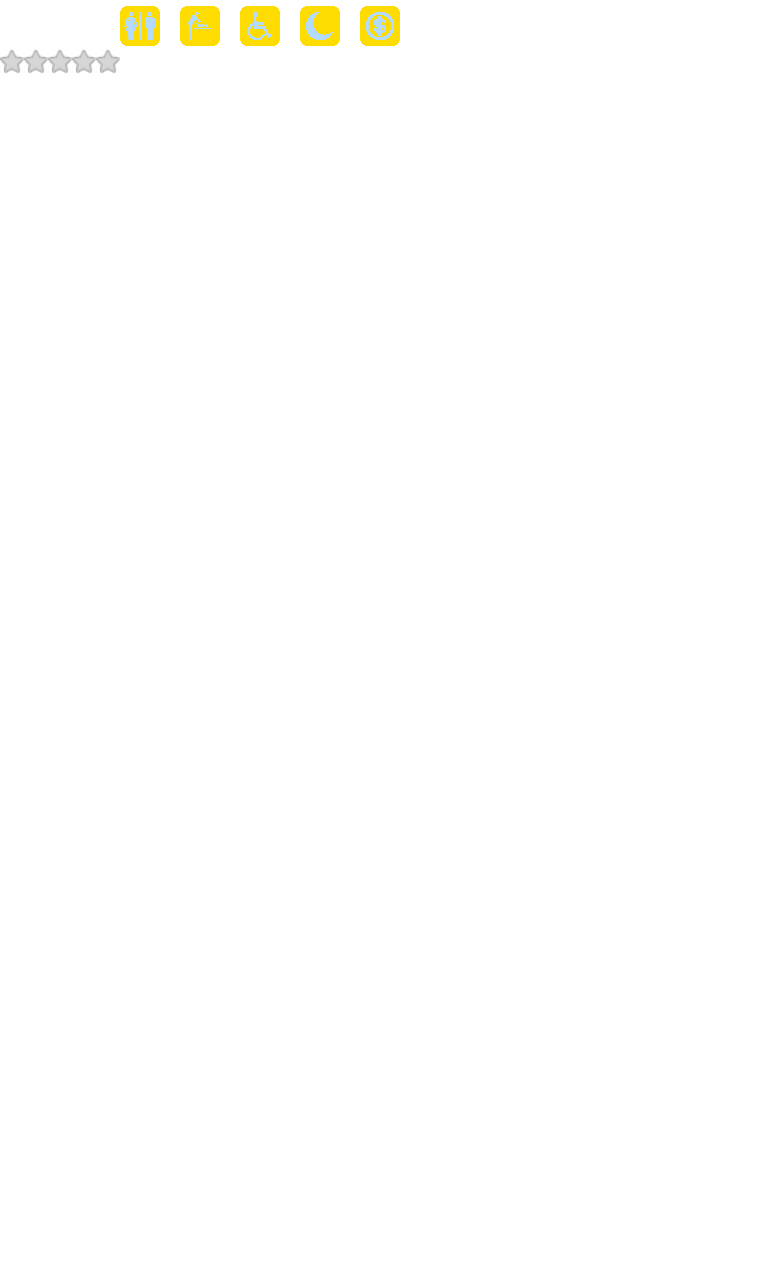
Repository: asocha/toilettalk
Layout: Android/workspace/ToiletTalk/res/layout/google_maps_marker.xml
These files come from the project's save history. The layout is drawn as it stood at one moment and after the next save; the edit follows.
It is drawn on a 768 x 1280 px phone screen (xhdpi) without system bars, with theme AppTheme; the app's code is not run.

Above is the layout before, as saved 2013-04-28 21:55:30.

### Android/workspace/ToiletTalk/res/layout/google_maps_marker.xml
<?xml version="1.0" encoding="utf-8"?>
<RelativeLayout xmlns:android="http://schemas.android.com/apk/res/android"
	android:layout_width="wrap_content"
	android:layout_height="wrap_content"
	android:orientation="horizontal">



	<LinearLayout
	    android:id="@+id/marker_content"
		android:layout_width="wrap_content"
		android:layout_height="wrap_content"
		android:orientation="vertical">

		<TextView
			android:id="@+id/marker_title"
			android:layout_width="wrap_content"
			android:layout_height="wrap_content"
			android:textAppearance="?android:attr/textAppearanceMedium"/>

		<RatingBar
		    android:id="@+id/marking_rating"
		    android:layout_width="wrap_content"
		    android:layout_height="wrap_content"
		    style="?android:attr/ratingBarStyleSmall" />
	</LinearLayout>

	<TextView
		android:id="@+id/marker_address"
		android:layout_width="wrap_content"
		android:layout_height="wrap_content"
		android:layout_below="@id/view_icons"
		android:textAppearance="?android:attr/textAppearanceSmall"/>

	<LinearLayout
        android:id="@+id/view_icons"
        android:layout_width="wrap_content"
        android:layout_marginTop="3dp"
        android:layout_height="@dimen/icons_size"
        android:layout_toRightOf="@id/marker_content" >

        <ToggleButton
            android:id="@+id/button_unisex"
            android:layout_marginRight="10dp"
            android:layout_width="@dimen/icons_size"
            android:layout_height="fill_parent"
            android:background="@drawable/button_unisex"
            android:textOn=""
            android:textOff="" />

        <ToggleButton
            android:id="@+id/button_babystation"
            android:layout_marginRight="10dp"
            android:layout_width="@dimen/icons_size"
            android:layout_height="fill_parent"
            android:background="@drawable/button_baby_station"
            android:textOn=""
            android:textOff="" />

        <ToggleButton
            android:id="@+id/button_handicap"
            android:layout_marginRight="10dp"
            android:layout_width="@dimen/icons_size"
            android:layout_height="fill_parent"
            android:background="@drawable/button_handicap"
            android:textOn=""
            android:textOff="" />

        <ToggleButton
            android:id="@+id/button_24hours"
            android:layout_marginRight="10dp"
            android:layout_width="@dimen/icons_size"
            android:layout_height="fill_parent"
            android:background="@drawable/button_24hours"
            android:textOn=""
            android:textOff="" />

        <ToggleButton
            android:id="@+id/button_money"
            android:layout_marginRight="10dp"
            android:layout_width="@dimen/icons_size"
            android:layout_height="fill_parent"
            android:background="@drawable/button_money"
            android:textOn=""
            android:textOff="" />
    </LinearLayout>

	<ImageView
		android:id="@+id/marker_image"
		android:layout_below="@id/marker_address"
		android:layout_width="40dp"
		android:layout_height="40dp"
		android:contentDescription="@string/restroom_image"/>
</RelativeLayout>

### Android/workspace/ToiletTalk/res/values/styles.xml
<resources xmlns:android="http://schemas.android.com/apk/res/android">

    <!--
        Base application theme, dependent on API level. This theme is replaced
        by AppBaseTheme from res/values-vXX/styles.xml on newer devices.
    -->
    <style name="AppBaseTheme" parent="android:Theme.Light">
        <!--
            Theme customizations available in newer API levels can go in
            res/values-vXX/styles.xml, while customizations related to
            backward-compatibility can go here.
        -->
    </style>

    <!-- Application theme. -->
    <style name="AppTheme" parent="android:Theme.Light.NoTitleBar">
        <!-- All customizations that are NOT specific to a particular API-level can go here. -->
    </style>

   	<style name="Theme.Main" parent="android:Theme.Holo.Light">
   	    <item name="android:windowContentOverlay">@null</item>
	</style>

   	<style name="EditText.InputStyle" parent="android:Widget.EditText">
   	   	<item name="android:ems">10</item>
   	   	<item name="android:layout_marginBottom">@dimen/margin_textinputs</item>
   	   	<item name="android:layout_marginTop">@dimen/margin_textinputs</item>
   	</style>

   	<style name="customRatingBar" parent="@android:style/Widget.RatingBar">
        <item name="android:progressDrawable">@drawable/custom_rating_bar_full</item>
        <item name="android:minHeight">1dp</item>
        <item name="android:maxHeight">1dp</item>
    </style>

</resources>

### Android/workspace/ToiletTalk/res/values/dimens.xml
<resources>
    <!-- Default screen margins, per the Android Design guidelines. -->
    <dimen name="activity_horizontal_margin">16dp</dimen>
    <dimen name="activity_vertical_margin">16dp</dimen>
    <dimen name="margin_drawable_shape_interior_padding">2dp</dimen>
    <dimen name="height_button_login_bottom">55dp</dimen>
    <dimen name="margin_header_alt_logo">45dp</dimen>
    <dimen name="margin_textinputs">2dp</dimen>
    <dimen name="width_page_container">250dp</dimen>
    <dimen name="textSize_buttons_login">20sp</dimen>
    <dimen name="textSize_buttons_login_bottom">20dp</dimen>
	<dimen name="width_login_buttons">115dp</dimen>
	<dimen name="margin_top_login_buttons">10dp</dimen>
	<dimen name="margin_imagebutton">8dp</dimen>
	<dimen name="padding_imagebutton">13dp</dimen>
	<dimen name="padding_menubutton_topbottom">6dp</dimen>
	<dimen name="padding_menubutton_sides">10dp</dimen>
	<dimen name="icons_size">20dp</dimen>
</resources>

### Android/workspace/ToiletTalk/res/drawable/button_unisex.xml
<?xml version="1.0" encoding="utf-8"?>
<selector xmlns:android="http://schemas.android.com/apk/res/android">
    <item android:drawable="@drawable/icon_unisex_selected" android:state_checked="true" android:state_pressed="true"/>
    <item android:drawable="@drawable/icon_unisex_selected" android:state_pressed="true"/>
    <item android:drawable="@drawable/icon_unisex_selected" android:state_checked="true" />
    <item android:drawable="@drawable/icon_unisex_unselected"/>
</selector>

### Android/workspace/ToiletTalk/res/drawable/button_baby_station.xml
<?xml version="1.0" encoding="utf-8"?>
<selector xmlns:android="http://schemas.android.com/apk/res/android">
    <item android:drawable="@drawable/icon_baby_station_selected" android:state_checked="true" android:state_pressed="true"/>
    <item android:drawable="@drawable/icon_baby_station_selected" android:state_pressed="true"/>
    <item android:drawable="@drawable/icon_baby_station_selected" android:state_checked="true" />
    <item android:drawable="@drawable/icon_baby_station_unselected"/>
</selector>

### Android/workspace/ToiletTalk/res/drawable/button_handicap.xml
<?xml version="1.0" encoding="utf-8"?>
<selector xmlns:android="http://schemas.android.com/apk/res/android">
    <item android:drawable="@drawable/icon_handicap_selected" android:state_checked="true" android:state_pressed="true"/>
    <item android:drawable="@drawable/icon_handicap_selected" android:state_pressed="true"/>
    <item android:drawable="@drawable/icon_handicap_selected" android:state_checked="true" />
    <item android:drawable="@drawable/icon_handicap_unselected"/>
</selector>

### Android/workspace/ToiletTalk/res/drawable/button_24hours.xml
<?xml version="1.0" encoding="utf-8"?>
<selector xmlns:android="http://schemas.android.com/apk/res/android">
    <item android:drawable="@drawable/icon_24hours_selected" android:state_checked="true" android:state_pressed="true"/>
    <item android:drawable="@drawable/icon_24hours_selected" android:state_pressed="true"/>
    <item android:drawable="@drawable/icon_24hours_selected" android:state_checked="true" />
    <item android:drawable="@drawable/icon_24hours_unselected"/>
</selector>

### Android/workspace/ToiletTalk/res/drawable/button_money.xml
<?xml version="1.0" encoding="utf-8"?>
<selector xmlns:android="http://schemas.android.com/apk/res/android">
    <item android:drawable="@drawable/icon_money_selected" android:state_checked="true" android:state_pressed="true"/>
    <item android:drawable="@drawable/icon_money_selected" android:state_pressed="true"/>
    <item android:drawable="@drawable/icon_money_selected" android:state_checked="true" />
    <item android:drawable="@drawable/icon_money_unselected"/>
</selector>

### Android/workspace/ToiletTalk/res/values/strings.xml
<?xml version="1.0" encoding="utf-8"?>
<resources>

    <string name="app_name">ToiletTalk</string>
    <string name="action_settings">Settings</string>
    <string name="hello_world">Hello world!</string>
    <string name="register">Register</string>
    <string name="login">Login</string>
    <string name="continue_guest">Continue as guest</string>
	<string name="uname_hint">Username</string>
	<string name="pass_hint">Password</string>
	<string name="email">Email Address</string>
	<string name="gender">Gender</string>
	<string name="reg_submit">Sign me up!</string>
	<string name="logo_description">Toilet Talk</string>
	<string name="error_login">Invalid username/password combination</string>
	<string name="error_reg">Registration Failed. Please check imput.</string>
	<string name="error_generic">Submittion failed due to network error.</string>
	<string name="error_continue">Return</string>
	<string name="first_name">First Name</string>
	<string name="last_name">Last Name</string>
	<string name="button_reset_map">Reset Map</string>
	<string name="button_text_compose_review">Compose</string>
	<string name="button_menu">Menu</string>
	<string name="button_review">Submit</string>
	<string name="location_name">Location Name</string>
	<string name="restroom_image">Restroom Image</string>
	<string name="image_instructions">Tap on the above thumbnail to attach a new image</string>
	<string name="expand">Expand</string>
</resources>

After the next save:
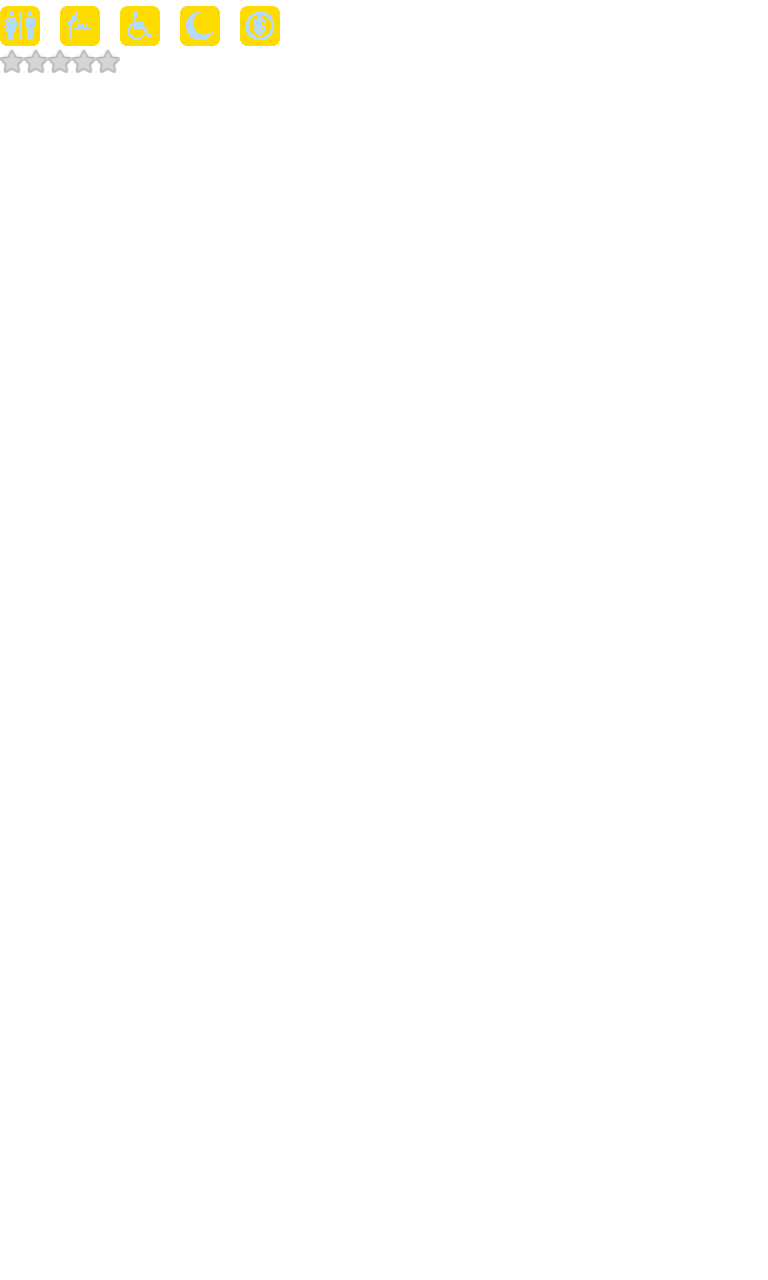
Saved 38 s later.
--- a/Android/workspace/ToiletTalk/res/layout/google_maps_marker.xml
+++ b/Android/workspace/ToiletTalk/res/layout/google_maps_marker.xml
@@ -37,7 +37,8 @@
         android:layout_width="wrap_content"
         android:layout_marginTop="3dp"
         android:layout_height="@dimen/icons_size"
-        android:layout_toRightOf="@id/marker_content" >
+        android:layout_alignParentTop="true"
+        android:layout_alignRight="true" >
 
         <ToggleButton
             android:id="@+id/button_unisex"
